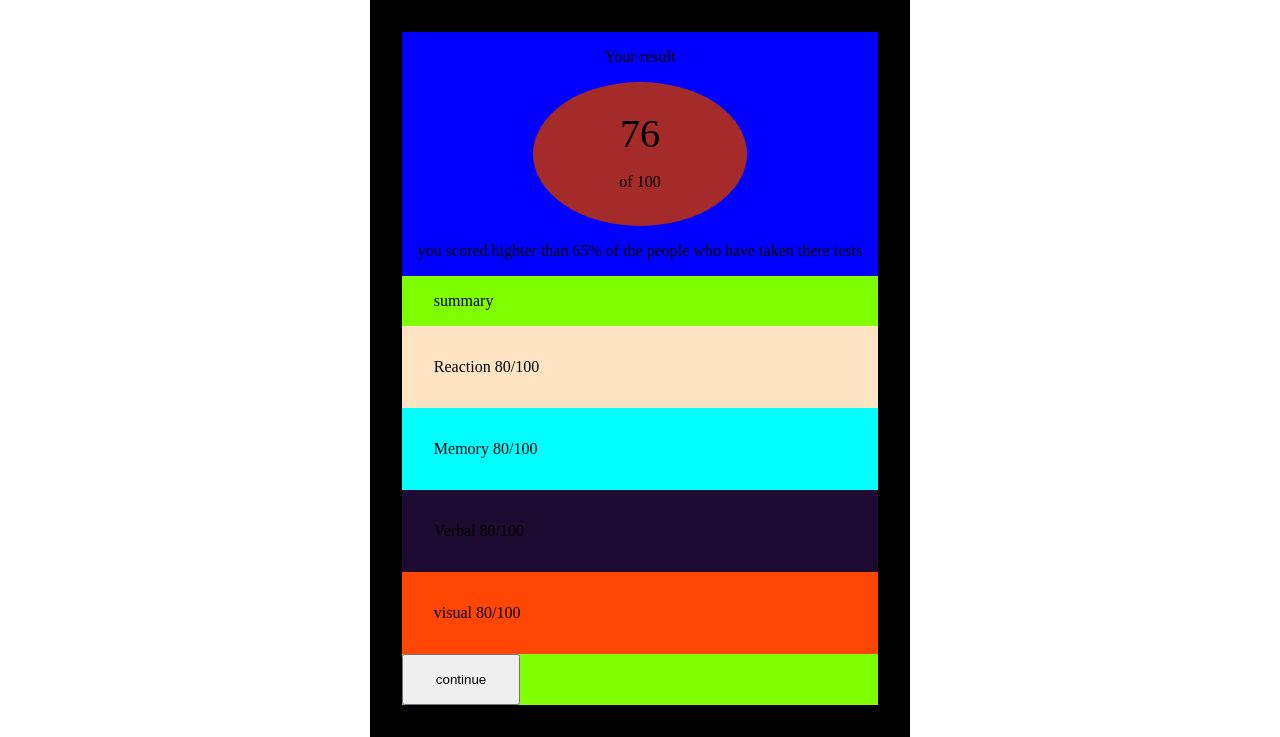
Repository: rahanwz/Card2-raha
Page: card2.html
The author's editor kept a copy of each file at every save. The page is drawn from the files as they stood at one save, then again after the next save.
The browser window is 1280 px wide. The pictures show the whole page.

Above is the page before, as saved 2024-02-19 23:47:06.

### card2.html
<!DOCTYPE html>
<html lang="en">
  <head>
    <meta charset="UTF-8" />
    <meta name="viewport" content="width=device-width, initial-scale=1.0" />
    <title>Document</title>
    <link rel="stylesheet" href="card2.css" />
  </head>
  <body>
    <div class="container">
      <div class="card_container">
        <div class="top_card">
          <p>Your result</p>
          <div class="present">
           <p>76</p><p>of 100</p>
          </div>
          <p class="describ">
            you scored highter than 65% of the people who have taken there tests
          </p>
        </div>
        <div class="bottom_card">
          <p>summary</p>
          <div class="box box1">Reaction 80/100</div>
          <div class="box box2">Memory 80/100</div>
          <div class="box box3">Verbal 80/100</div>
          <div class="box box4">visual 80/100</div>
          <div class="box5"><button>continue</button></div>
        </div>
      </div>
    </div>
  </body>
</html>

### card2.css
* {
  padding: 0;
  margin: 0;
  box-sizing: border-box;
}
body {
  display: flex;
  justify-content: center;
}
.container {
  background-color: black;
  padding: 2rem;
}
.card_container {
  background-color: aquamarine;
}
.card_container {
  text-align: center;
}

.top_card :first-child {
  padding: 1rem;
}
.present :first-child {
  font-size: 2.5rem;
  padding-top: 1.75rem;
}

.present {
  background-color: #f57d1f;
  height: 20vh;
  width: 45%;
  border-radius: 100%;
  background-color: brown;
  margin: auto;
}

.describ {
  padding: 1rem;
}

.top_card {
  background-color: blue;
}

.bottom_card :first-child {
  padding: 1rem 2rem;
  display: flex;
}

.bottom_card {
  background-color: chartreuse;
  height: 100%;
}

.bottom_card .box{
display: flex;
padding: 2rem;
}

.box1{
background-color: bisque;

}

.box2{

    background-color: cyan;
}

.box3{
background-color: rgb(30, 11, 50);

}

.box4{

  background-color: rgb(255, 70, 2);
}

After the next save:
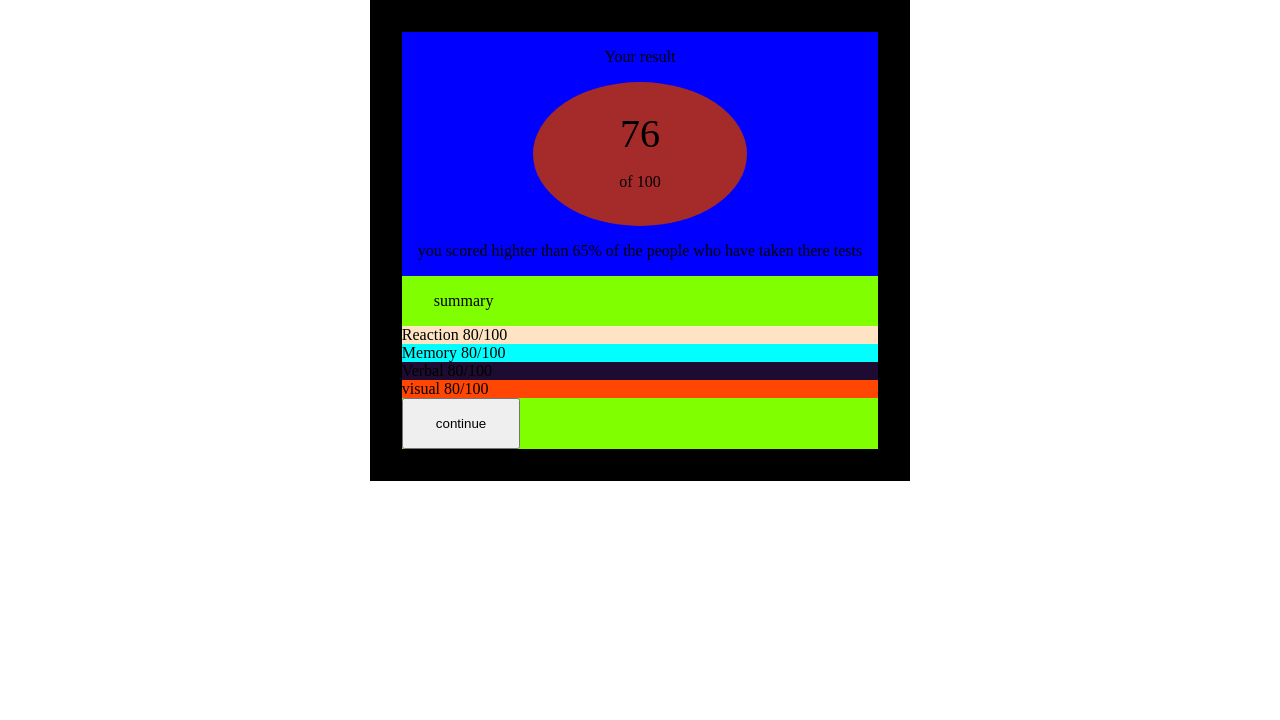
Saved 20 s later.
--- a/card2.css
+++ b/card2.css
@@ -53,27 +53,22 @@ body {
   height: 100%;
 }
 
-.bottom_card .box{
-display: flex;
-padding: 2rem;
+.bottom_card .box {
+  display: flex;
 }
 
-.box1{
-background-color: bisque;
-
+.box1 {
+  background-color: bisque;
 }
 
-.box2{
-
-    background-color: cyan;
+.box2 {
+  background-color: cyan;
 }
 
-.box3{
-background-color: rgb(30, 11, 50);
-
+.box3 {
+  background-color: rgb(30, 11, 50);
 }
 
-.box4{
-
+.box4 {
   background-color: rgb(255, 70, 2);
 }
